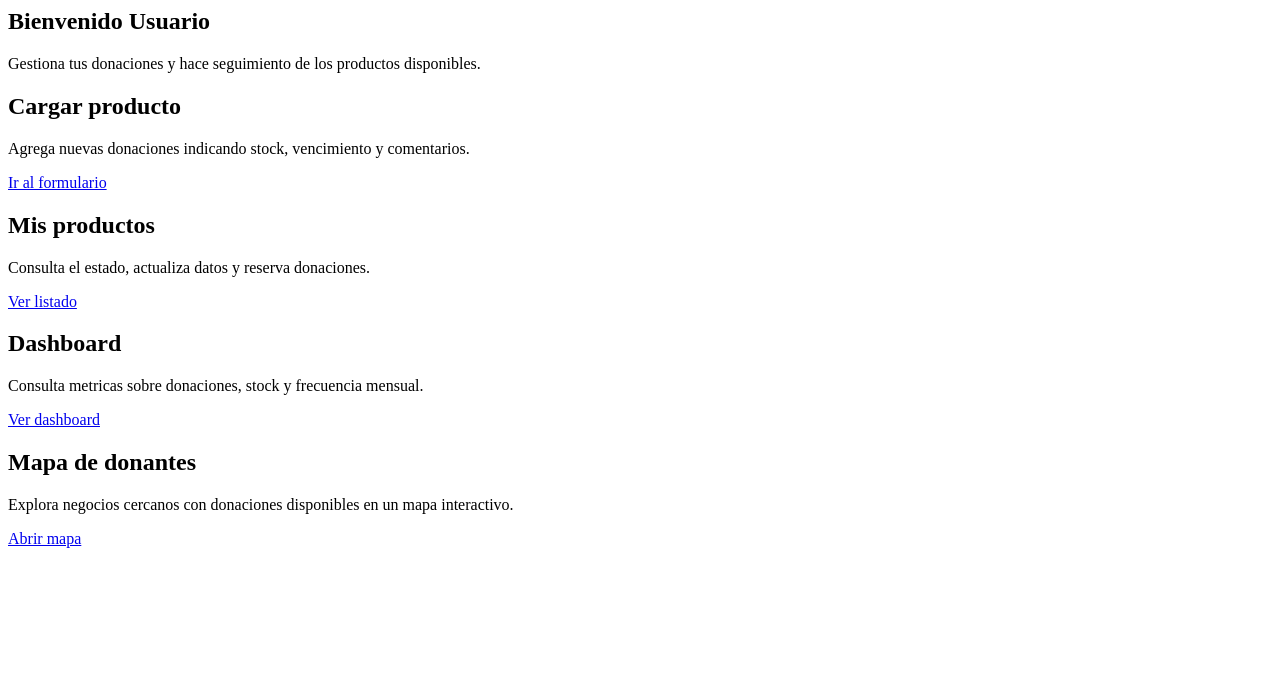
Repository: rngvalen/donapetit2.0
Page: http://localhost/app/view/home/index.php?controller=Producto&action=productosDisponibles
An editor plug-in stored every save of this project. The page is shown before and after the next save, followed by the edit.
The browser window is 1280 px wide. The pictures show the whole page.
The page is run by PHP 8.4 with error messages shown; the project is at /var/www/html/.

Above is the page before, as saved 2025-11-10 19:34:49.

After the next save:
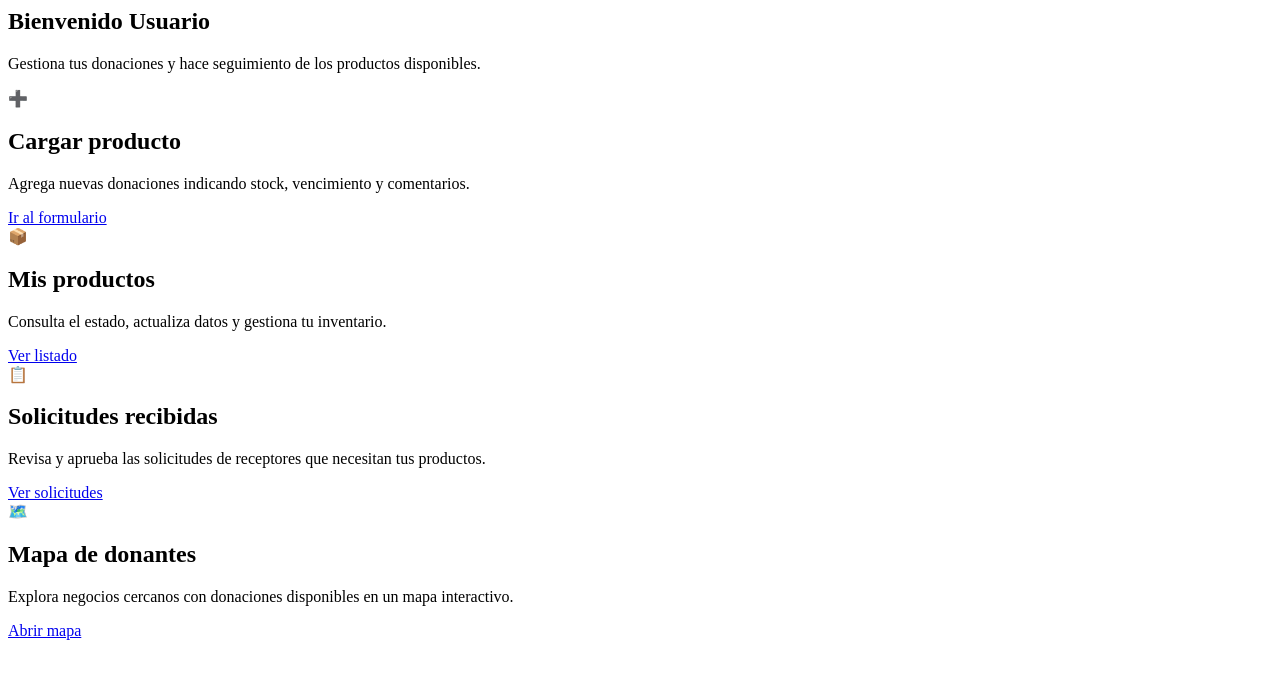
Saved 3 min 35 s later.
--- a/donapetit3-main/app/view/home/index.php
+++ b/donapetit3-main/app/view/home/index.php
@@ -1,5 +1,17 @@
 <?php
 $user = htmlspecialchars($userName ?? 'Usuario', ENT_QUOTES, 'UTF-8');
+
+// Obtener contador de solicitudes pendientes
+$notificaciones = 0;
+if (isset($_SESSION['user']) && $_SESSION['user']['rol'] === 'donante') {
+    try {
+        require_once __DIR__ . '/../../model/Solicitud.php';
+        $solicitudModel = new Solicitud();
+        $notificaciones = $solicitudModel->contarSolicitudesPendientes((int)$_SESSION['user']['id']);
+    } catch (\Throwable $e) {
+        error_log("Error al obtener notificaciones: " . $e->getMessage());
+    }
+}
 
 $cards = [
     [
@@ -7,24 +19,36 @@ $cards = [
         'description' => 'Agrega nuevas donaciones indicando stock, vencimiento y comentarios.',
         'href' => 'index.php?controller=Producto&action=create',
         'cta' => 'Ir al formulario',
+        'icon' => '➕',
+        'badge' => null,
+        'highlight' => false,
     ],
     [
         'title' => 'Mis productos',
-        'description' => 'Consulta el estado, actualiza datos y reserva donaciones.',
+        'description' => 'Consulta el estado, actualiza datos y gestiona tu inventario.',
         'href' => 'index.php?controller=Producto&action=index',
         'cta' => 'Ver listado',
+        'icon' => '📦',
+        'badge' => null,
+        'highlight' => false,
     ],
     [
-        'title' => 'Dashboard',
-        'description' => 'Consulta metricas sobre donaciones, stock y frecuencia mensual.',
-        'href' => 'index.php?controller=Home&action=statics',
-        'cta' => 'Ver dashboard',
+        'title' => 'Solicitudes recibidas',
+        'description' => 'Revisa y aprueba las solicitudes de receptores que necesitan tus productos.',
+        'href' => 'index.php?controller=Solicitud&action=solicitudesrecibidas',
+        'cta' => 'Ver solicitudes',
+        'icon' => '📋',
+        'badge' => $notificaciones > 0 ? $notificaciones : null,
+        'highlight' => $notificaciones > 0,
     ],
     [
         'title' => 'Mapa de donantes',
         'description' => 'Explora negocios cercanos con donaciones disponibles en un mapa interactivo.',
         'href' => 'index.php?controller=Map&action=index',
         'cta' => 'Abrir mapa',
+        'icon' => '🗺️',
+        'badge' => null,
+        'highlight' => false,
     ],
 ];
 ?>
@@ -33,6 +57,34 @@ $cards = [
     Bienvenido <span class="italic text-brand/90"><?php echo $user; ?></span>
   </h1>
   <p class="mt-3 text-slate-600">Gestiona tus donaciones y hace seguimiento de los productos disponibles.</p>
+
+  <!-- Banner de notificaciones -->
+  <?php if ($notificaciones > 0): ?>
+    <div class="mt-6 mx-auto max-w-2xl">
+      <div class="rounded-xl border-2 border-amber-400 bg-amber-50 p-4 shadow-lg">
+        <div class="flex items-center justify-center gap-3">
+          <div class="flex-shrink-0">
+            <svg class="w-8 h-8 text-amber-600" fill="none" stroke="currentColor" viewBox="0 0 24 24">
+              <path stroke-linecap="round" stroke-linejoin="round" stroke-width="2"
+                    d="M15 17h5l-1.405-1.405A2.032 2.032 0 0118 14.158V11a6.002 6.002 0 00-4-5.659V5a2 2 0 10-4 0v.341C7.67 6.165 6 8.388 6 11v3.159c0 .538-.214 1.055-.595 1.436L4 17h5m6 0v1a3 3 0 11-6 0v-1m6 0H9"/>
+            </svg>
+          </div>
+          <div class="flex-1 text-left">
+            <p class="text-sm font-bold text-amber-900">
+              <?= $notificaciones ?> solicitud<?= $notificaciones > 1 ? 'es' : '' ?> pendiente<?= $notificaciones > 1 ? 's' : '' ?>
+            </p>
+            <p class="text-xs text-amber-700">
+              Tienes solicitudes esperando tu respuesta
+            </p>
+          </div>
+          <a href="index.php?controller=Solicitud&action=solicitudesrecibidas"
+             class="flex-shrink-0 rounded-lg bg-amber-600 hover:bg-amber-700 px-4 py-2 text-sm font-semibold text-white transition">
+            Ver ahora
+          </a>
+        </div>
+      </div>
+    </div>
+  <?php endif; ?>
 </section>
 
 <section class="mx-auto grid max-w-5xl gap-6 py-8 sm:grid-cols-2 lg:grid-cols-4">
@@ -42,16 +94,58 @@ $cards = [
     $description = htmlspecialchars($card['description'], ENT_QUOTES, 'UTF-8');
     $href = htmlspecialchars($card['href'], ENT_QUOTES, 'UTF-8');
     $cta = htmlspecialchars($card['cta'], ENT_QUOTES, 'UTF-8');
+    $icon = $card['icon'] ?? '';
+    $badge = $card['badge'] ?? null;
+    $highlight = $card['highlight'] ?? false;
+
+    // Clases dinámicas según si hay highlight
+    $cardClass = $highlight
+      ? 'border-2 border-amber-400 bg-amber-50 shadow-amber-200'
+      : 'border border-slate-200 bg-white';
+
+    $buttonClass = $highlight
+      ? 'bg-amber-600 hover:bg-amber-700 focus-visible:ring-amber-600'
+      : 'bg-brand hover:bg-brand/90 focus-visible:ring-brand/80';
     ?>
-    <article class="flex h-full flex-col justify-between rounded-2xl border border-slate-200 bg-white p-6 text-left shadow-sm transition hover:shadow-md">
+    <article class="relative flex h-full flex-col justify-between rounded-2xl <?= $cardClass ?> p-6 text-left shadow-sm transition hover:shadow-md">
+
+      <!-- Badge de notificaciones -->
+      <?php if ($badge !== null): ?>
+        <span class="absolute -top-3 -right-3 flex h-10 w-10">
+          <span class="absolute inline-flex h-full w-full rounded-full bg-red-400 opacity-75 animate-ping"></span>
+          <span class="relative inline-flex h-10 w-10 items-center justify-center rounded-full bg-red-600 text-sm font-bold text-white shadow-lg">
+            <?= $badge > 9 ? '9+' : $badge ?>
+          </span>
+        </span>
+      <?php endif; ?>
+
       <div>
-        <h2 class="text-lg font-semibold text-slate-900"><?php echo $title; ?></h2>
+        <!-- Icono + título -->
+        <div class="flex items-center gap-2 mb-2">
+          <?php if ($icon): ?>
+            <span class="text-2xl"><?= $icon ?></span>
+          <?php endif; ?>
+          <h2 class="text-lg font-semibold text-slate-900"><?php echo $title; ?></h2>
+        </div>
         <p class="mt-2 text-sm text-slate-600"><?php echo $description; ?></p>
       </div>
+
       <a href="<?php echo $href; ?>"
-         class="mt-6 inline-flex items-center justify-center gap-2 rounded-lg bg-brand px-3 py-2 text-sm font-medium text-white hover:bg-brand/90 focus:outline-none focus-visible:ring-2 focus-visible:ring-brand/80">
+         class="mt-6 inline-flex items-center justify-center gap-2 rounded-lg <?= $buttonClass ?> px-3 py-2 text-sm font-medium text-white focus:outline-none focus-visible:ring-2">
         <?php echo $cta; ?>
       </a>
     </article>
   <?php endforeach; ?>
 </section>
+
+<style>
+  @keyframes ping {
+    75%, 100% {
+      transform: scale(1.5);
+      opacity: 0;
+    }
+  }
+  .animate-ping {
+    animation: ping 1.5s cubic-bezier(0, 0, 0.2, 1) infinite;
+  }
+</style>
